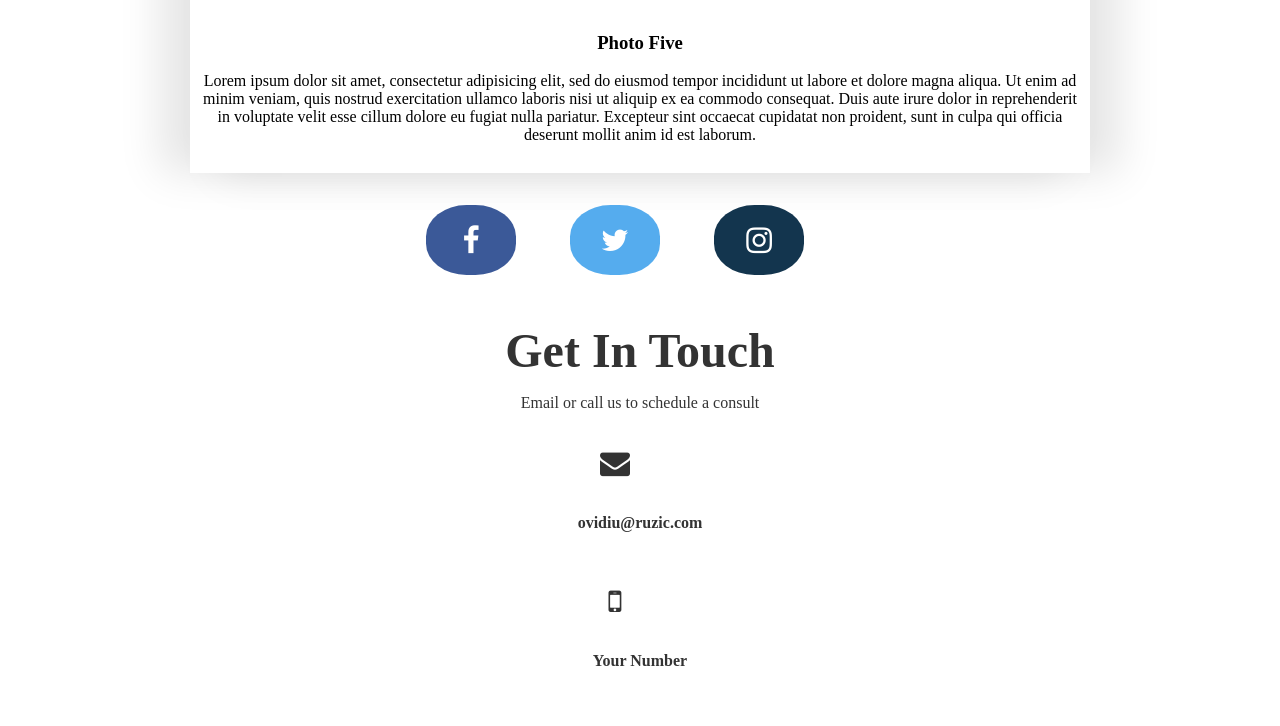
Repository: konstantin0s/mobile-photography
Page: index.html
An editor plug-in stored every save of this project. The page is shown before and after the next save, followed by the edit.
The browser window is 1280 px wide. The pictures show the part of the page from y = 4062 to 4788 px (the page is 4788 px tall).

Above is the page before, as saved 2019-05-11 15:06:33.

### index.html
<!DOCTYPE html>
<html lang="en" dir="ltr">
  <head>
    <meta charset="utf-8">
    <meta name="viewport" content="width=device-width, initial-scale=1.0">
    <meta http-equiv="X-UA-Compatible" content="ie=edge">
    <link rel="stylesheet" href="https://cdnjs.cloudflare.com/ajax/libs/font-awesome/4.7.0/css/font-awesome.min.css">
    <link rel="stylesheet" href="css/style.css">

    <title>Mobile Photography</title>
  </head>
  <body>
<main>
  <div id="landing" class="">
    <div id="landing-text" class="">
      <div id="landing-text-inner" class="">
       <img id="logo" src="img/logos.png" />
       <h1>Photography</h1>
        <a href="#images" class="btn" id="view-work">
          View Work
        </a>
      </div>
    </div>
    <div id="landing-image" class="">

    </div>
  </div>

  <div id="images" class="">
<div id="header">
  <h2>Our Work</h2>
</div>
<img src="https://source.unsplash.com/1600x900/?nature,water" alt="">
<div class="caption">
  <h3>Photo One</h3>
  <p>
    Lorem ipsum dolor sit amet, consectetur adipisicing elit, sed do eiusmod tempor incididunt ut labore et dolore magna aliqua. Ut enim ad minim veniam, quis nostrud exercitation ullamco laboris nisi ut aliquip ex ea commodo consequat. Duis aute irure dolor in reprehenderit in voluptate velit esse cillum dolore eu fugiat nulla pariatur. Excepteur sint occaecat cupidatat non proident, sunt in culpa qui officia deserunt mollit anim id est laborum.

  </p>
</div>

<img src="https://source.unsplash.com/1600x900/?nature,clouds" alt="">
<div class="caption">
  <h3>Photo Two</h3>
  <p>
    Lorem ipsum dolor sit amet, consectetur adipisicing elit, sed do eiusmod tempor incididunt ut labore et dolore magna aliqua. Ut enim ad minim veniam, quis nostrud exercitation ullamco laboris nisi ut aliquip ex ea commodo consequat. Duis aute irure dolor in reprehenderit in voluptate velit esse cillum dolore eu fugiat nulla pariatur. Excepteur sint occaecat cupidatat non proident, sunt in culpa qui officia deserunt mollit anim id est laborum.

  </p>
</div>

<img src="https://source.unsplash.com/1600x900/?nature,animals" alt="">
<div class="caption">
  <h3>Photo Three</h3>
  <p>
    Lorem ipsum dolor sit amet, consectetur adipisicing elit, sed do eiusmod tempor incididunt ut labore et dolore magna aliqua. Ut enim ad minim veniam, quis nostrud exercitation ullamco laboris nisi ut aliquip ex ea commodo consequat. Duis aute irure dolor in reprehenderit in voluptate velit esse cillum dolore eu fugiat nulla pariatur. Excepteur sint occaecat cupidatat non proident, sunt in culpa qui officia deserunt mollit anim id est laborum.

  </p>
</div>

<img src="https://source.unsplash.com/1600x900/?nature,trees" alt="">
<div class="caption">
  <h3>Photo Four/h3>
  <p>
    Lorem ipsum dolor sit amet, consectetur adipisicing elit, sed do eiusmod tempor incididunt ut labore et dolore magna aliqua. Ut enim ad minim veniam, quis nostrud exercitation ullamco laboris nisi ut aliquip ex ea commodo consequat. Duis aute irure dolor in reprehenderit in voluptate velit esse cillum dolore eu fugiat nulla pariatur. Excepteur sint occaecat cupidatat non proident, sunt in culpa qui officia deserunt mollit anim id est laborum.

  </p>
</div>

<img src="https://source.unsplash.com/1600x900/?nature,flowers" alt="">
<div class="caption">
  <h3>Photo Five</h3>
  <p>
    Lorem ipsum dolor sit amet, consectetur adipisicing elit, sed do eiusmod tempor incididunt ut labore et dolore magna aliqua. Ut enim ad minim veniam, quis nostrud exercitation ullamco laboris nisi ut aliquip ex ea commodo consequat. Duis aute irure dolor in reprehenderit in voluptate velit esse cillum dolore eu fugiat nulla pariatur. Excepteur sint occaecat cupidatat non proident, sunt in culpa qui officia deserunt mollit anim id est laborum.

  </p>
</div>

  </div>

</main>

<footer>
    <a href="#" class="fa fa-facebook"></a>
    <a href="#" class="fa fa-twitter"></a>
    <a href="#" class="fa fa-instagram"></a>

  <h3>Get In Touch</h3>
  <p>Email or call us to schedule a consult</p>
 <div class="container">
    <i class="fa fa-envelope fa-5x" aria-hidden="true"></i
      ><p><strong>ovidiu@ruzic.com</strong>
    </p> <br />
    <i class="fa fa-mobile fa-5x" aria-hidden="true"></i>
     <p> <strong>Your Number</strong></p>
 </div>
</footer>
<script
src="https://code.jquery.com/jquery-3.3.1.min.js"
integrity="sha256-FgpCb/KJQlLNfOu91ta32o/NMZxltwRo8QtmkMRdAu8="
crossorigin="anonymous"></script>
<script type="text/javascript" src="js/main.js">

</script>
  </body>
</html>

### css/style.css
import url('https://fonts.googleapis.com/css?family=Open+Sans');

body {
  font-family: 'Open Sans', sans-serif;
  margin: 0;
  background-color: #eee;
  height: auto;
}

h1{
  font-weight: 400;
  font-size: 2.5rem;
  text-transform: uppercase;
  margin: 0;
  border-bottom: 1px solid black;
  top: -90px;
  position: relative;
}

h2 {
  font-weight: 400;
  font-size: 1.2rem;
  text-transform: capitalize;
  margin: 0;
}

img {
  display: block;
  width: 100%;
}

#logo {
  top: -80px;
  position: relative;
}

main {
  max-width: 900px;
  margin: auto;
  box-shadow: 30px 0px 40px rgba(0,0,0,0.1), -30px 0px 40px rgba(0,0,0,0.1);
}

#landing {
  background: #fff;
  }

#landing-text {
display: flex;
flex: 0 1 40vw;
height: 50vh;
justify-content: center;
align-items: center;
text-align: center;
padding-right: 1rem;
padding-left: 1rem;
}

#landing-text h2 {
  color: #888;
}
.btn {
  padding: 0.5rem 2rem;
  border: 1px #ccc solid;
  display: inline-block;
  margin: 2rem 0 0;
  border-radius: 50px;
  text-decoration: none;
  color: #333;
  transition: background 500ms ease;
}

#landing-image {
  background: url(https://source.unsplash.com/De8wMYoSSBc);
  background-position: center;
  background-size: cover;
  background-repeat: no-repeat;
  height: 50vh;
  flex: 0 1 60vw;
  margin: 0;
}

.btn:hover {
  background: #f4f4f4;
}

#header {
  padding: 1.5rem;
  text-align: center;
  background: #333;
  color: #fff;
}

#header h2 {
  border-left: dotted 1px #fff;
  border-right: dotted 1px #fff;
display: inline-block;
padding-right: 1rem;
padding-left: 1rem;
}

.caption {
  padding: 0.8rem;
  text-align: center;
}

footer {
  text-align: center;
  padding: 2rem 1rem;
  margin: auto;
  color: #333;
}

footer h3 {
  font-size: 3rem;
  margin-bottom: 0;
}

.fa {
  padding: 20px;
  margin-right: 50px;
  font-size: 30px;
  width: 50px;
  text-align: center;
  text-decoration: none;
  border-radius: 45%;
}

/* Add a hover effect if you want */
.fa:hover {
  opacity: 0.7;
}

/* Set a specific color for each brand */

/* Facebook */
.fa-facebook {
  background: #3B5998;
  color: white;
}

/* Twitter */
.fa-twitter {
  background: #55ACEE;
  color: white;
}

/* Instagram */
.fa-instagram {
  background: rgb(19, 53, 78);
  color: white;
}

/* Email & Phone*/

.fa-envelope {
  /* position: relative;
  left:-20px;
  height: 30px; */
}

.fa-mobile {
/* /* position: relative; */
left:-20px;
height: 30px; */
}

.container {
  display: flex;
 flex-direction: column;
 justify-content: space-evenly;
 align-items: center;
}

/* Screen size 500px and up*/
@media(min-width: 500px) {
  #landing {
    display: flex;
    height: 100%;
  }
  #landing-text {
    height: 100vh;
  }
  #landing-image {
    height: 100vh;
  }
}

/* Screen size 700px and up*/
@media(min-width: 700px) {
  .btn {
    padding: 1rem 3rem;
  }
}

/* Screen size 700px and up*/
@media(max-width: 500px) {
  .btn {
    padding: 1rem 3rem;
  }


  #logo {
    display: flex;
    width: 200px;
    height: 150px;
    flex-direction: column;
    top: -30px;
    position: relative;
  }

  h1 {

    flex-direction: column;
    top: -20px;
  font-size: 28px;
  border-bottom: 1px solid black;
  }
}

### js/main.js
//animate smooth scroll
$('#view-work').on('click', function() {
  const images = $('#images').position().top;

  $('html, body').animate({
    scrollTop: images
  }, 900)
});

After the next save:
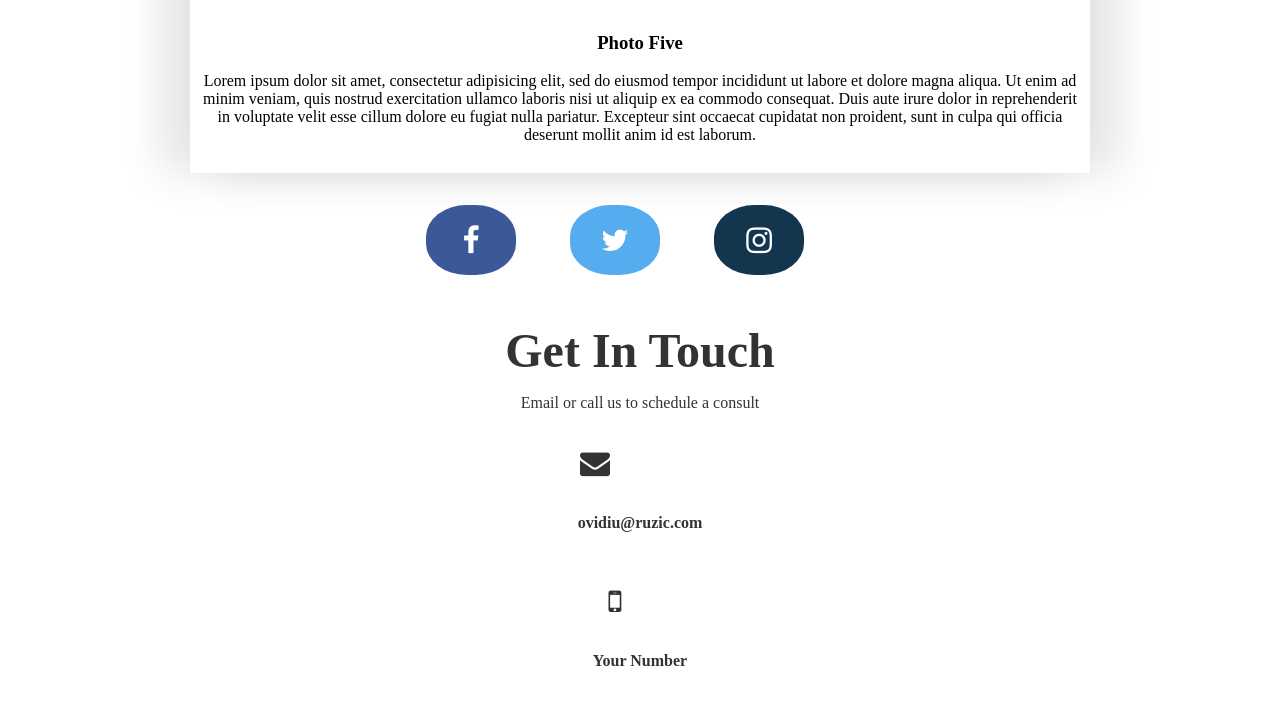
Saved 6 s later.
--- a/css/style.css
+++ b/css/style.css
@@ -153,15 +153,15 @@
 /* Email & Phone*/
 
 .fa-envelope {
-  /* position: relative;
+  position: relative;
   left:-20px;
-  height: 30px; */
+  height: 30px;
 }
 
 .fa-mobile {
 /* /* position: relative; */
 left:-20px;
-height: 30px; */
+height: 30px;
 }
 
 .container {

After the save that followed:
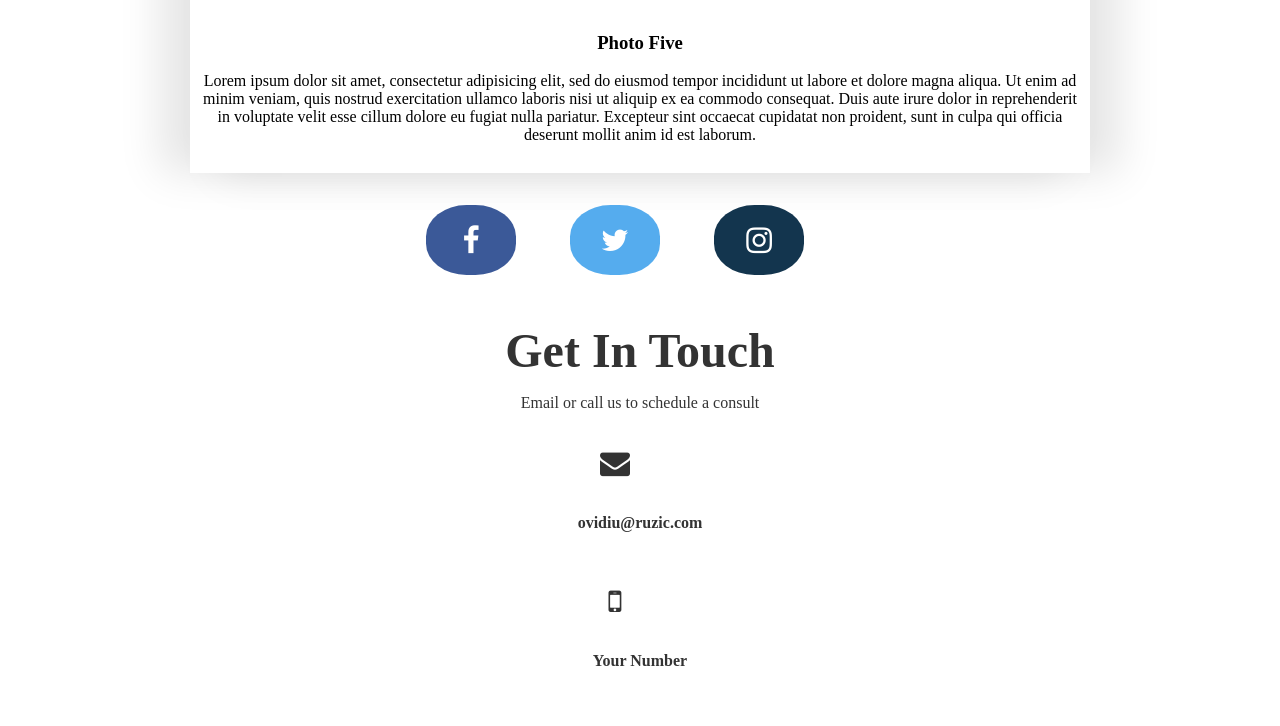
Saved 12 s later.
--- a/css/style.css
+++ b/css/style.css
@@ -153,15 +153,15 @@
 /* Email & Phone*/
 
 .fa-envelope {
-  position: relative;
+  /* position: relative;
   left:-20px;
-  height: 30px;
+  height: 30px; */
 }
 
 .fa-mobile {
 /* /* position: relative; */
-left:-20px;
-height: 30px;
+/* left:-20px;
+height: 30px;  */
 }
 
 .container {
